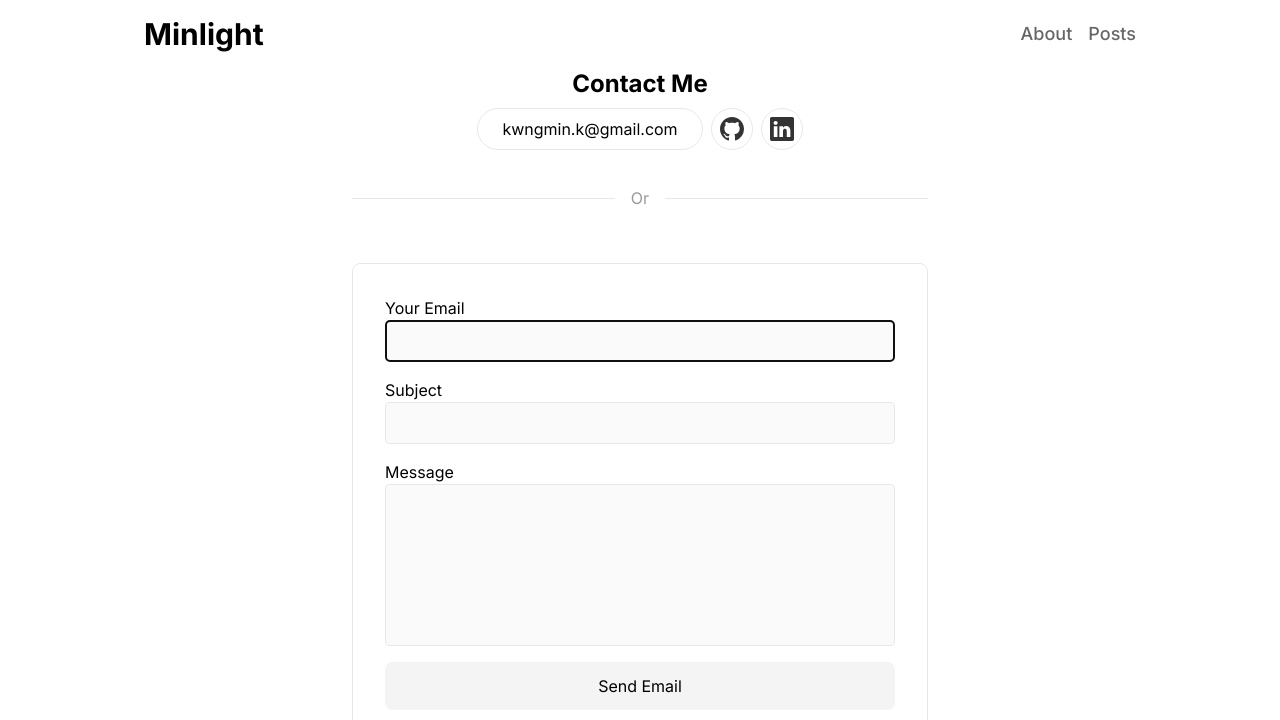
Repository: kwngmin/minlight-blog
Page: /contact
An editor plug-in stored every save of this project. The page is shown before and after a run of saves, followed by the edit.
The browser window is 1280 px wide. The pictures show the whole page.
An inner scrolling area shows only its first screen. The project was rebuilt for these pictures with package versions that can differ from the ones it lists, and the page was loaded fresh each time. The framework's server and built-in components were replaced by stand-ins that run in the browser. Also part of the build but not shown: next.config.js, src/components/banner.tsx.

Above is the page before, as saved 2023-04-03 17:36:12.

### src/app/layout.tsx
import Footer from "@/components/Footer";
import "./globals.css";
import { Inter } from "next/font/google";
import Header from "@/components/Header";

const inter = Inter({ subsets: ["latin"] });

export const metadata = {
  title: "Create Next App",
  description: "Generated by create next app",
};

export default function RootLayout({
  children,
}: {
  children: React.ReactNode;
}) {
  return (
    <html lang="en" className={inter.className}>
      <body className="flex flex-col">
        <Header />
        <main className="max-w-screen-lg mx-auto w-full grow px-4">
          {children}
        </main>
        <Footer />
      </body>
    </html>
  );
}

### src/app/contact/page.tsx
import ContactForm from "@/components/ContactForm";
import { BsLinkedin, BsGithub } from "react-icons/bs";
export default function ContactPage() {
  const LINKS = [
    { icon: <BsGithub />, url: "https://github.com/kwngmin" },
    {
      icon: <BsLinkedin />,
      url: "https://www.linkedin.com/in/%EA%B4%91%EB%AF%BC-%EA%B9%80-52b83a25a/",
    },
  ];
  return (
    <section className="flex flex-col items-center gap-2 max-w-xl mx-auto">
      <h2 className="text-2xl font-bold">Contact Me</h2>
      <ul className="flex justify-center items-center gap-2">
        <a
          href="mailto:kwngmin.k@gmail.com"
          className="px-6 rounded-full hover:bg-black hover:text-white py-2 border"
        >
          kwngmin.k@gmail.com
        </a>
        {LINKS.map(({ url, icon }, index) => (
          <a
            href={url}
            key={index}
            target="_blank"
            rel="noreferrer"
            className="text-2xl text-black/80 hover:bg-black hover:text-white rounded-full p-2 border"
          >
            {icon}
          </a>
        ))}
      </ul>
      <div className="w-full relative flex justify-center">
        <div className="w-full my-10 border-b"></div>
        <span className="absolute top-7 bg-white px-4 text-black/40">Or</span>
      </div>
      <ContactForm />
    </section>
  );
}

### src/components/Footer.tsx
export default function Footer() {
  return (
    <section className="text-center py-16 text-black/30 border-t mt-12">
      © 2023 Minlight
    </section>
  );
}

### src/app/globals.css
@tailwind base;
@tailwind components;
@tailwind utilities;

* {
  box-sizing: border-box;
  padding: 0;
  margin: 0;
}

html,
body {
  height: 100vh;
  overflow-y: auto;
}

/*
:root {
  --max-width: 1100px;
  --border-radius: 12px;
  --font-mono: ui-monospace, Menlo, Monaco, "Cascadia Mono", "Segoe UI Mono",
    "Roboto Mono", "Oxygen Mono", "Ubuntu Monospace", "Source Code Pro",
    "Fira Mono", "Droid Sans Mono", "Courier New", monospace;

  --foreground-rgb: 0, 0, 0;
  --background-start-rgb: 214, 219, 220;
  --background-end-rgb: 255, 255, 255;

  --primary-glow: conic-gradient(
    from 180deg at 50% 50%,
    #16abff33 0deg,
    #0885ff33 55deg,
    #54d6ff33 120deg,
    #0071ff33 160deg,
    transparent 360deg
  );
  --secondary-glow: radial-gradient(
    rgba(255, 255, 255, 1),
    rgba(255, 255, 255, 0)
  );

  --tile-start-rgb: 239, 245, 249;
  --tile-end-rgb: 228, 232, 233;
  --tile-border: conic-gradient(
    #00000080,
    #00000040,
    #00000030,
    #00000020,
    #00000010,
    #00000010,
    #00000080
  );

  --callout-rgb: 238, 240, 241;
  --callout-border-rgb: 172, 175, 176;
  --card-rgb: 180, 185, 188;
  --card-border-rgb: 131, 134, 135;
}

@media (prefers-color-scheme: dark) {
  :root {
    --foreground-rgb: 255, 255, 255;
    --background-start-rgb: 0, 0, 0;
    --background-end-rgb: 0, 0, 0;

    --primary-glow: radial-gradient(rgba(1, 65, 255, 0.4), rgba(1, 65, 255, 0));
    --secondary-glow: linear-gradient(
      to bottom right,
      rgba(1, 65, 255, 0),
      rgba(1, 65, 255, 0),
      rgba(1, 65, 255, 0.3)
    );

    --tile-start-rgb: 2, 13, 46;
    --tile-end-rgb: 2, 5, 19;
    --tile-border: conic-gradient(
      #ffffff80,
      #ffffff40,
      #ffffff30,
      #ffffff20,
      #ffffff10,
      #ffffff10,
      #ffffff80
    );

    --callout-rgb: 20, 20, 20;
    --callout-border-rgb: 108, 108, 108;
    --card-rgb: 100, 100, 100;
    --card-border-rgb: 200, 200, 200;
  }
}

* {
  box-sizing: border-box;
  padding: 0;
  margin: 0;
}

html,
body {
  max-width: 100vw;
  overflow-x: hidden;
}

body {
  color: rgb(var(--foreground-rgb));
  background: linear-gradient(
      to bottom,
      transparent,
      rgb(var(--background-end-rgb))
    )
    rgb(var(--background-start-rgb));
}

a {
  color: inherit;
  text-decoration: none;
}

@media (prefers-color-scheme: dark) {
  html {
    color-scheme: dark;
  }
} */

### src/components/Header.tsx
import Link from "next/link";

const navData = [
  { name: "About", path: "/about" },
  { name: "Posts", path: "/posts" },
];

export default function Header() {
  return (
    <div className="w-full flex justify-between items-center p-4 mx-auto max-w-screen-lg">
      <Link href="/">
        <h1 className="text-3xl font-bold">Minlight</h1>
      </Link>
      <nav className="flex gap-4 px-4 lg:px-0">
        {navData.map(({ name, path }) => (
          <Link
            href={path}
            key={path}
            className="text-black/60 hover:text-black text-lg font-medium hover:underline decoration-slate-400 hover:decoration-4 underline-offset-8"
          >
            {name}
          </Link>
        ))}
      </nav>
    </div>
  );
}

### src/components/ContactForm.tsx
"use client";
import { ChangeEvent, FormEvent, useState } from "react";
import Banner, { BannerData } from "./banner";
import TextareaAutosize from "react-textarea-autosize";

type Form = {
  from: string;
  subject: string;
  message: string;
};
export default function ContactForm() {
  const [form, setForm] = useState<Form>({
    from: "",
    subject: "",
    message: "",
  });
  const [banner, setBanner] = useState<BannerData | null>(null);
  const onChange = (e: ChangeEvent<HTMLInputElement | HTMLTextAreaElement>) => {
    const { name, value } = e.target;
    setForm((prev) => ({ ...prev, [name]: value }));
  };
  const onSubmit = (e: FormEvent<HTMLFormElement>) => {
    e.preventDefault();
    console.log(e.target);
    setBanner({ message: "성공했어", state: "success" });
    // setTimeout(() => {
    //   setBanner(null);
    // }, 5000);
    // setForm({
    //   from: "",
    //   subject: "",
    //   message: "",
    // });
  };
  const INPUT_BOX = "mb-4 resize-none px-3 py-2 border rounded bg-zinc-50";
  return (
    <section className="w-full">
      {banner && <Banner banner={banner} />}
      <form
        onSubmit={onSubmit}
        className="flex flex-col border p-8 w-full rounded-lg my-4"
      >
        <label htmlFor="from">Your Email</label>
        <input
          type="email"
          id="from"
          required
          autoFocus
          name="from"
          value={form.from}
          onChange={onChange}
          className={INPUT_BOX}
        />
        <label htmlFor="subject">Subject</label>
        <input
          type="string"
          id="subject"
          required
          name="subject"
          value={form.subject}
          onChange={onChange}
          className={INPUT_BOX}
        />
        <label htmlFor="message">Message</label>
        <TextareaAutosize
          rows={6}
          minRows={6}
          id="message"
          required
          name="message"
          value={form.message}
          onChange={onChange}
          className={INPUT_BOX}
        />
        <button className="bg-zinc-100 hover:bg-zinc-300 rounded-lg h-12">
          Send Email
        </button>
      </form>
    </section>
  );
}

### tailwind.config.js
/** @type {import('tailwindcss').Config} */
module.exports = {
  content: ["./src/**/*.{js,ts,jsx,tsx}"],
  theme: {
    extend: {},
  },
  plugins: [require("@tailwindcss/typography")],
};

After the next 2 saves:
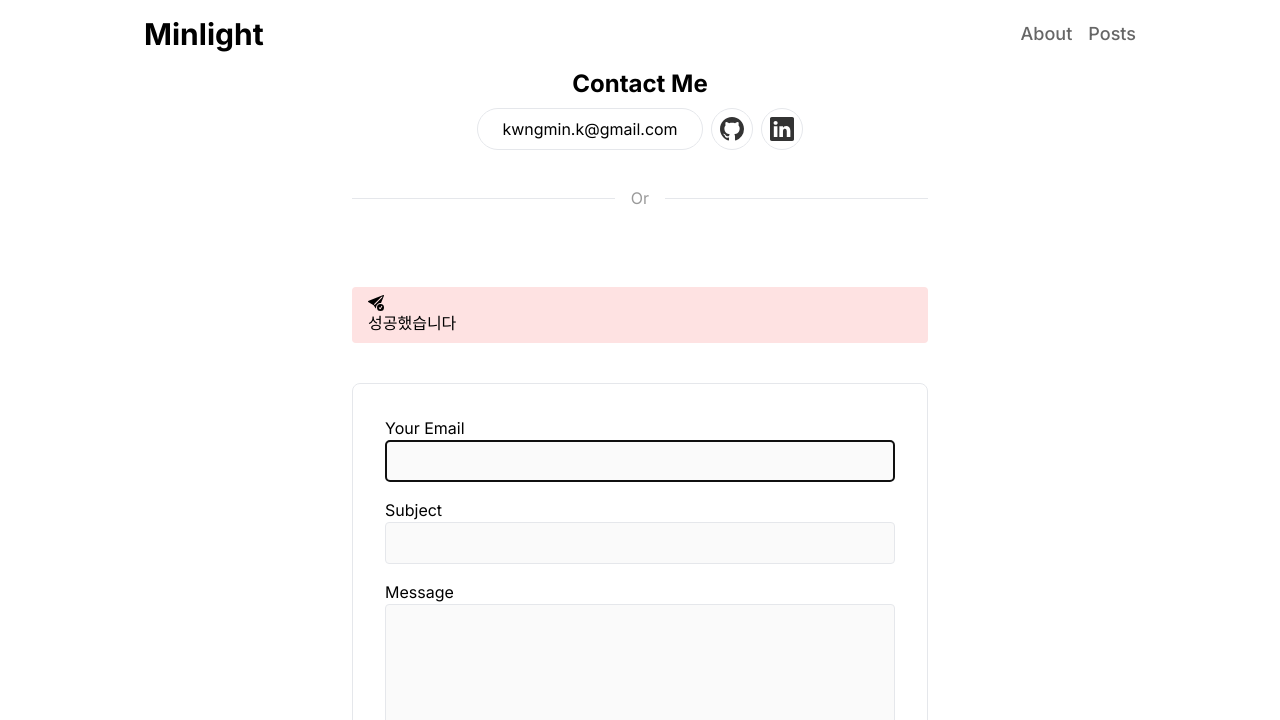
The 2 saves are shown as one change because 1 did not build or start.
The last was saved 41 s later.
--- a/src/components/ContactForm.tsx
+++ b/src/components/ContactForm.tsx
@@ -2,6 +2,7 @@
 import { ChangeEvent, FormEvent, useState } from "react";
 import Banner, { BannerData } from "./banner";
 import TextareaAutosize from "react-textarea-autosize";
+import { BsSendCheckFill } from "react-icons/bs";
 
 type Form = {
   from: string;
@@ -35,7 +36,12 @@ export default function ContactForm() {
   const INPUT_BOX = "mb-4 resize-none px-3 py-2 border rounded bg-zinc-50";
   return (
     <section className="w-full">
-      {banner && <Banner banner={banner} />}
+      {/* {banner && <Banner banner={banner} />}
+       */}
+      <div className="bg-red-100 px-4 py-2 rounded my-10 flex flex-col justify-center">
+        <BsSendCheckFill />
+        <span>{`성공했습니다`}</span>
+      </div>
       <form
         onSubmit={onSubmit}
         className="flex flex-col border p-8 w-full rounded-lg my-4"
